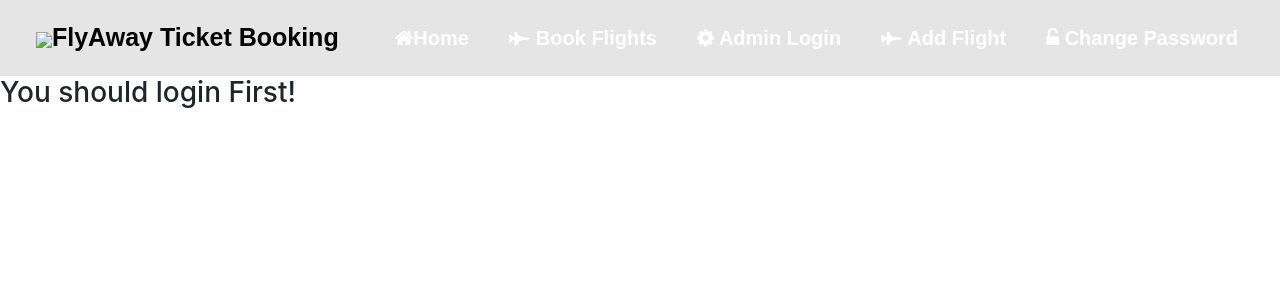
Repository: sayrabano/Phase2-project
Page: http://localhost/FlyAway/adminDashboard.jsp
These files come from the project's save history. The page is drawn as it stood at one moment and after the next save; the edit follows.
The browser window is 1280 px wide. The pictures show the whole page.
Some web fonts or font styles are not loaded; a fallback is used. The page is served by Tomcat 9.

Above is the page before, as saved 2021-09-26 12:54:59.
Not found: FlyAway/FlyAway/Images/travle.png

After the next save:
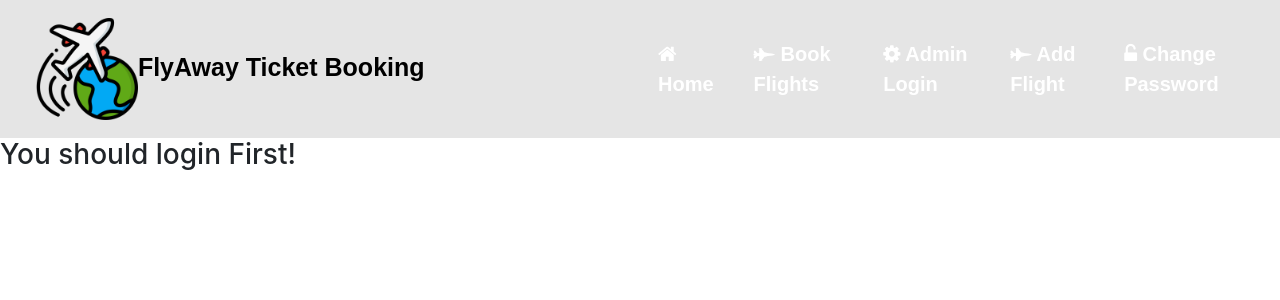
Saved 34 s later.
--- a/FlyAway/src/main/webapp/adminDashboard.jsp
+++ b/FlyAway/src/main/webapp/adminDashboard.jsp
@@ -39,7 +39,7 @@ ResultSet resultSet = null;
 
 
 
-		<a class="navbar-brand" id="tag"><img src="Images/travle.png" class="img-fluid"  width="18%">FlyAway Ticket Booking</a>
+		<a class="navbar-brand" id="tag"><img src="Images/travel.png" class="img-fluid"  width="18%">FlyAway Ticket Booking</a>
 
 
 		<div class="collapse navbar-collapse" id="navbarSupportedContent">
